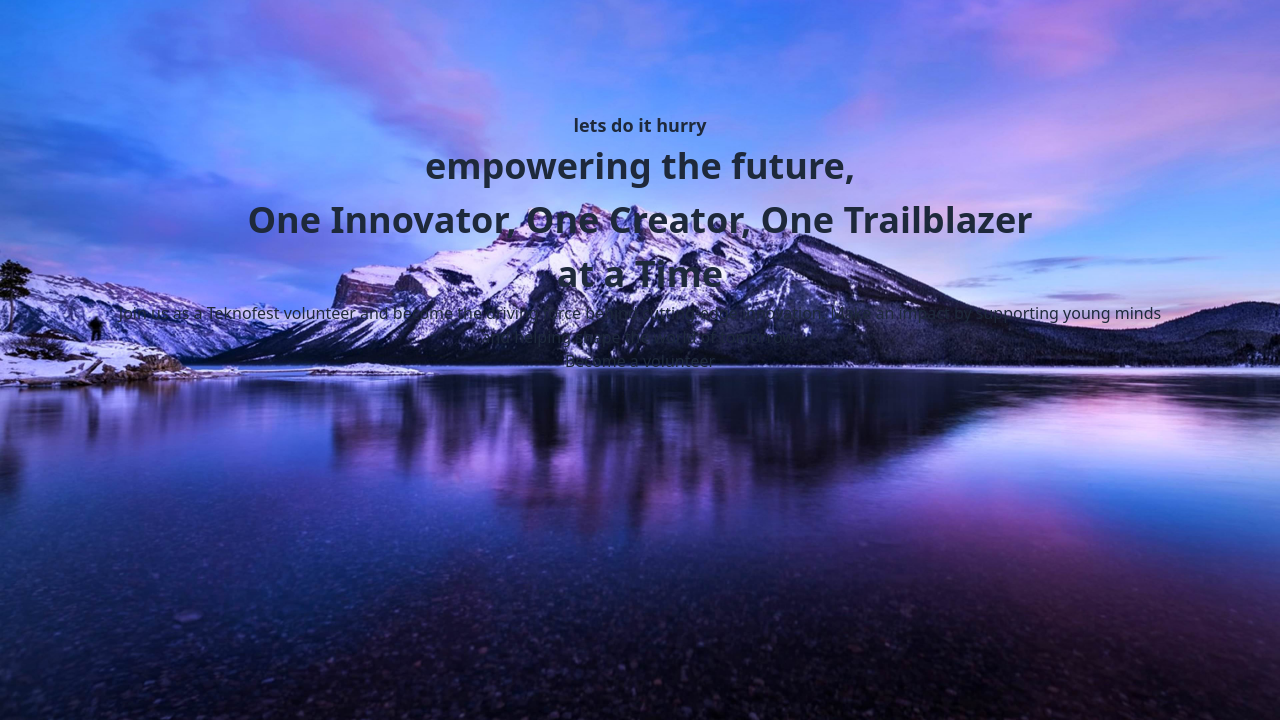
Repository: ManaheelJamil/TechnoFest-competetion
Page: /
The author's editor kept a copy of each file at every save. The page is drawn from the files as they stood at one save, then again after a run of saves.
The browser window is 1280 px wide. The pictures show the whole page.
The project was rebuilt for these pictures with package versions that can differ from the ones it lists, and the page was loaded fresh each time. The framework's server and built-in components were replaced by stand-ins that run in the browser. Also part of the build but not shown: next.config.mjs.

Above is the page before, as saved 2024-10-13 13:20:48.

After the next 4 saves:
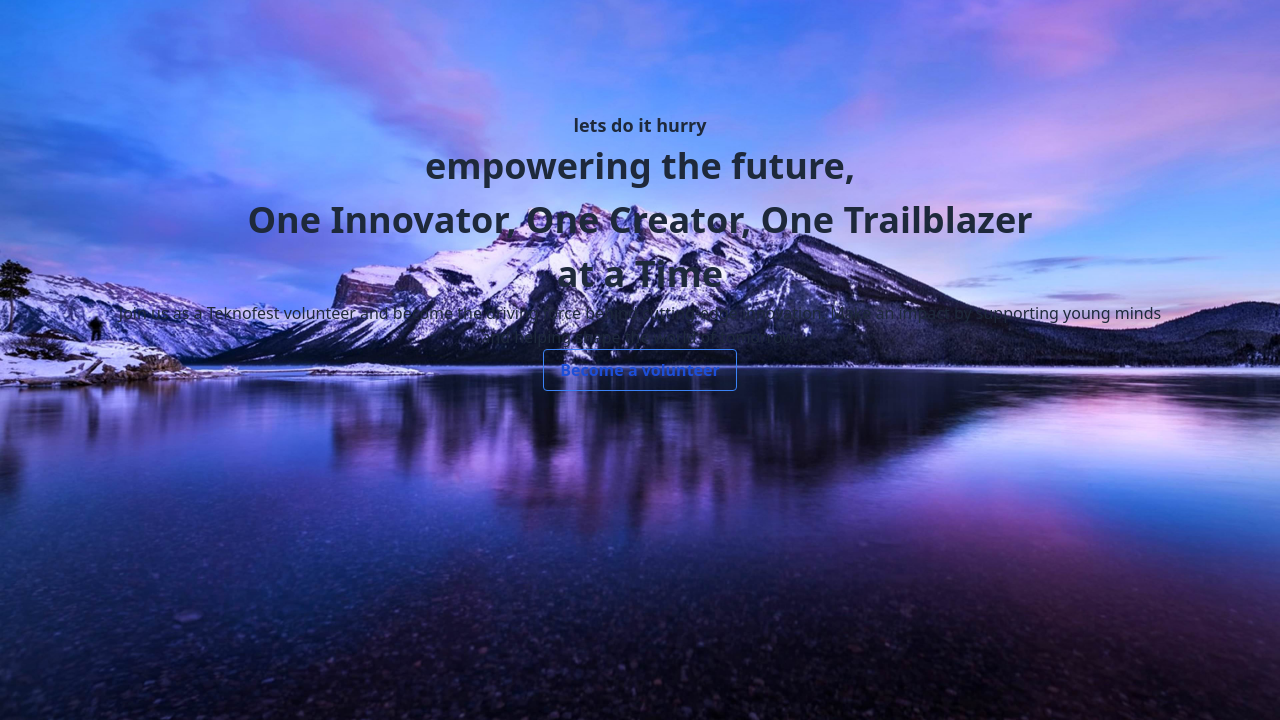
The 4 saves are shown as one change because they came seconds apart.
The last was saved 3 min 2 s later.
--- a/app/compoenent/irtizatask.js
+++ b/app/compoenent/irtizatask.js
@@ -19,7 +19,7 @@ const Irtizatask = () => {
             <p className='text-[16px]'>
             Join us as a Teknofest volunteer and become the driving force behind cutting-edge innovation. Make an impact by supporting young minds and helping shape the world of tomorrow.
             </p>
-            <button>
+            <button className='bg-transparent hover:bg-blue-500 text-blue-700 font-semibold hover:text-white py-2 px-4 border border-blue-500 hover:border-transparent rounded'>
                 Become a volunteer
             </button>
             </div>
